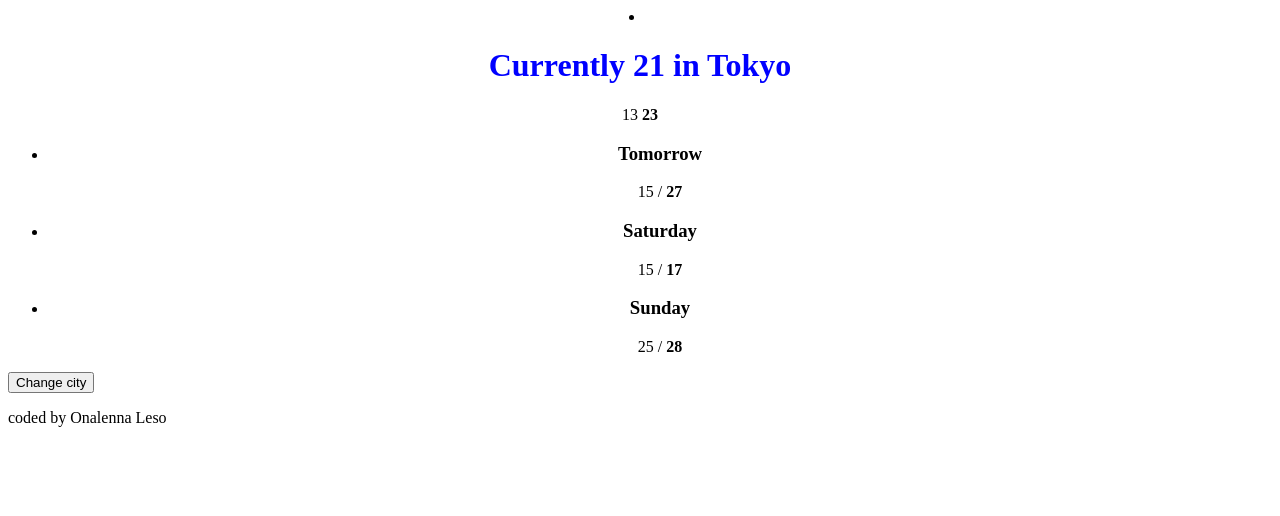
Repository: onalennaleso/empty
Page: homework w1.html
These files come from the project's save history. The page is drawn as it stood at one moment and after the next save; the edit follows.
The browser window is 1280 px wide. The pictures show the whole page.

Above is the page before, as saved 2024-02-02 00:09:16.

### homework w1.html
<!DOCTYPE html>
<html lang="en">

<head>
    <meta charset="UTF-8">
    <meta name="viewport" content="width=device-width, initial-scale=1.0">
    <title>Document</title>
</head>
<style>
    h1 {
        color: blue;
        text-align: center;
    }

    h3 {
        text-align: center;
    }

    ul {
        text-align: center;
    }

    li {
        text-align: center;
    }

    button:hover {
        background: blue;
        color: white;
        cursor: pointer;
</style>

<body>
    <li>
        <h1>
            Currently 21 in Tokyo
        </h1>
        <p> 13 <strong> 23 </strong></p>
    </li>
    <div>
        <ul>
            <li>
                <h3>
                    Tomorrow
                </h3>
                <p>15 / <strong>27 </strong></p>
            </li>
            <li>
                <h3>
                    Saturday
                </h3>
                <p> 15 / <strong> 17 </strong></p>
            </li>
            <li>
                <h3>
                    Sunday
                </h3>
                <p> 25 / <strong> 28 </strong></p>
            </li>
        </ul>
        <button>
            Change city
        </button>
        <p>
            coded by Onalenna Leso
        </p>
    </div>
</body>
</body>

</html>

After the next save:
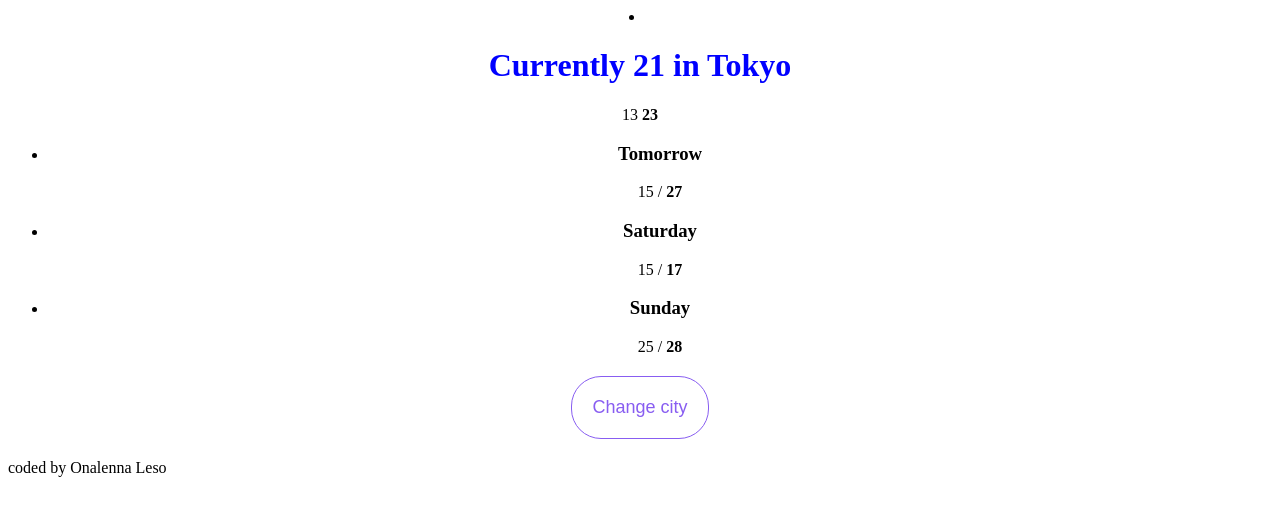
Saved 2 min 24 s later.
--- a/homework w1.html
+++ b/homework w1.html
@@ -22,6 +22,18 @@
 
     li {
         text-align: center;
+    }
+
+    button {
+        display: block;
+        padding: 20px;
+        margin: 20px auto;
+        font-size: 18px;
+        color: #885df1;
+        background: transparent;
+        border: 1px solid #885df1;
+        border-radius: 30px;
+        transition: all 200ms ease-in-out;
     }
 
     button:hover {
